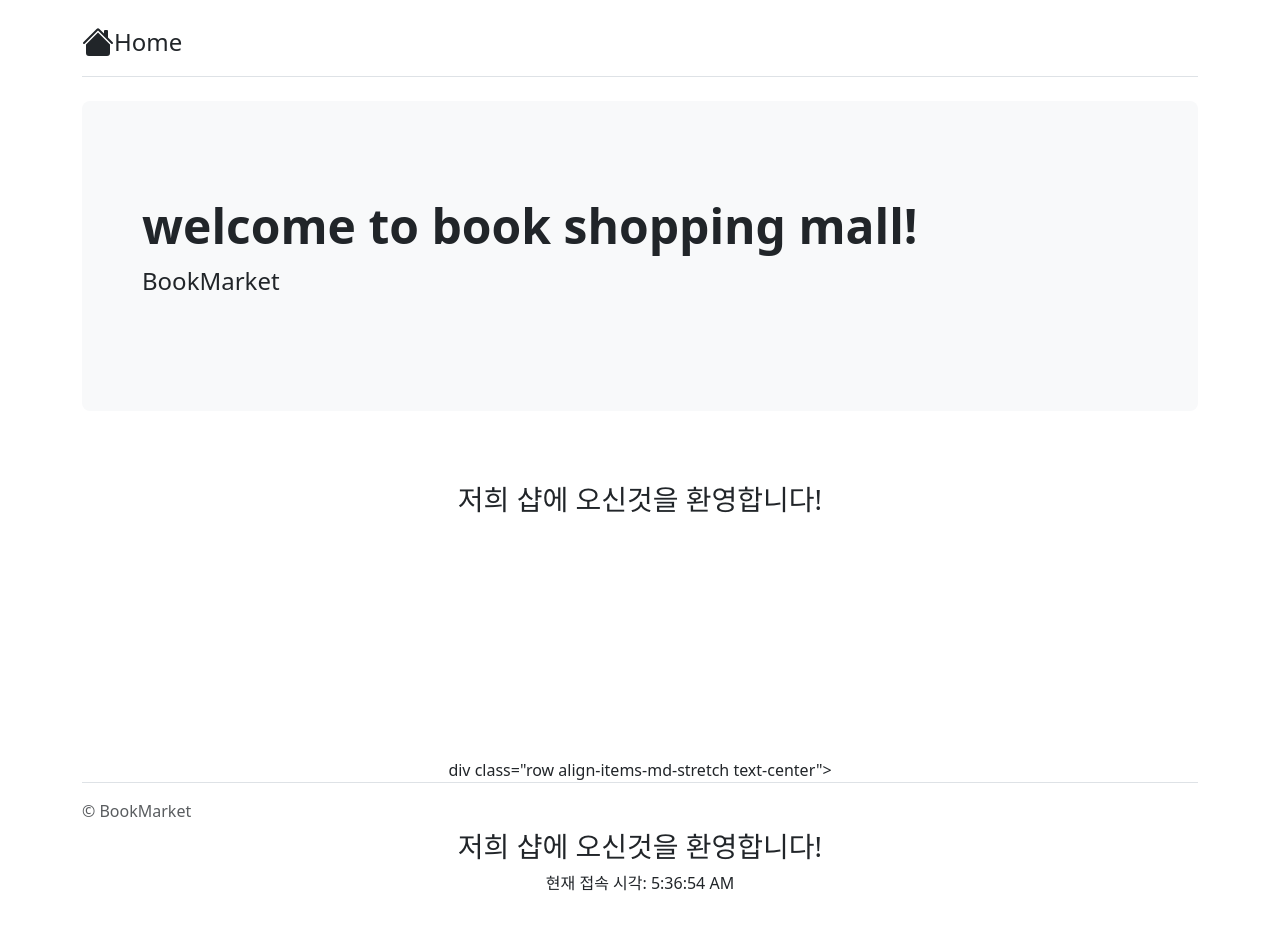
Repository: soieu/newdeal
Page: http://localhost/BookMarket/
An editor plug-in stored every save of this project. The page is shown before and after the next save, followed by the edit.
The browser window is 1280 px wide. The pictures show the whole page.
The page is served by Tomcat 9. Other server files are loaded and not shown.

Above is the page before, as saved 2024-06-10 07:25:36.

### eclipse-workspace/BookMarket/src/main/webapp/index.jsp
<%@ page import="java.util.Date"%>
<%@ page language="java" contentType="text/html; charset=EUC-KR"
    pageEncoding="EUC-KR"%>
<!DOCTYPE html>
<html>
<head>
	<meta charset="EUC-KR">
	<title>Insert title here</title>
	<link href="https://cdn.jsdelivr.net/npm/bootstrap@5.3.0-alpha1/dist/css/bootstrap.min.css" rel="stylesheet">
</head>
<body>
	<div class="container py-4">
	<header class="pb-3 mb-4 border-bottom">
      <a href="./index.jsp" class="d-flex align-items-center text-dark text-decoration-none">
      <svg  width="32" height="32" fill="currentColor" class="bi bi-house-fill" viewBox="0 0 16 16">
           <path d="M8.707 1.5a1 1 0 0 0-1.414 0L.646 8.146a.5.5 0 0 0 .708.708L8 2.207l6.646 6.647a.5.5 0 0 0 .708-.708L13 5.793V2.5a.5.5 0 0 0-.5-.5h-1a.5.5 0 0 0-.5.5v1.293L8.707 1.5Z"/>
           <path d="m8 3.293 6 6V13.5a1.5 1.5 0 0 1-1.5 1.5h-9A1.5 1.5 0 0 1 2 13.5V9.293l6-6Z"/>
      </svg>
        <span class="fs-4">Home</span>
      </a>
    </header>
    <%!
    String greeting = "welcome to book shopping mall!";
    String tagline = "저희 샵에 오신것을 환영합니다!";
    %>

     <div class="p-5 mb-4 bg-body-tertiary rounded-3">
      <div class="container-fluid py-5">
        <h1 class="display-5 fw-bold"><%=greeting%></h1>
        <p class="col-md-8 fs-4">BookMarket</p>
      </div>
    </div>
    <div class="row align-items-md-stretch   text-center">
      <div class="col-md-12">
        <div class="h-100 p-5">
          <h3><%=tagline%></h3>
        </div>
        div class="row align-items-md-stretch   text-center">
      <div class="col-md-12">
        <div class="h-100 p-5">
          <h3><%=tagline%></h3>
          <%
            Date day = new java.util.Date();
            String am_pm;
            int hour = day.getHours();
            int minute = day.getMinutes();
            int second = day.getSeconds();
            if (hour / 12 == 0) {
               am_pm = "AM";
            } else {
               am_pm = "PM";
               hour = hour - 12;
            }
            String CT = hour + ":" + minute + ":" + second + " " + am_pm;
            out.println("현재 접속  시각: " + CT + "\n");
         %>
        </div>
      </div>
      </div>
    </div>

    <%@ include file="footer.jsp" %>
    <%--
    <footer class="pt-3 mt-4 text-body-secondary border-top">
      &copy; BookMarket
    </footer>--%>
	</div>

</body>
</html>

### eclipse-workspace/BookMarket/src/main/webapp/footer.jsp
 <footer class="pt-3 mt-4 text-body-secondary border-top">
      &copy; BookMarket
 </footer>

After the next save:
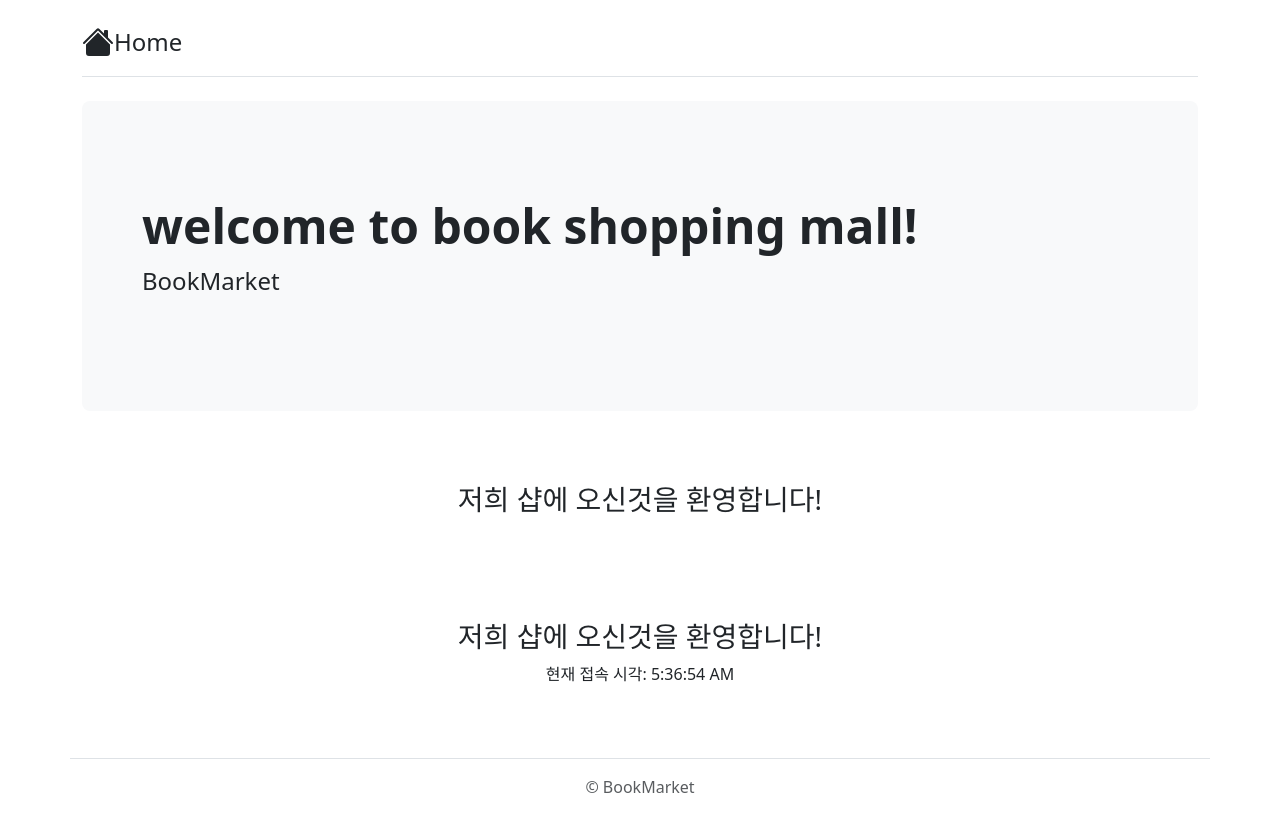
Saved 20 s later.
--- a/eclipse-workspace/BookMarket/src/main/webapp/index.jsp
+++ b/eclipse-workspace/BookMarket/src/main/webapp/index.jsp
@@ -35,7 +35,10 @@
         <div class="h-100 p-5">
           <h3><%=tagline%></h3>
         </div>
-        div class="row align-items-md-stretch   text-center">
+
+      </div>
+    </div>
+    <div class="row align-items-md-stretch   text-center">
       <div class="col-md-12">
         <div class="h-100 p-5">
           <h3><%=tagline%></h3>
@@ -56,8 +59,6 @@
          %>
         </div>
       </div>
-      </div>
-    </div>
 
     <%@ include file="footer.jsp" %>
     <%--
